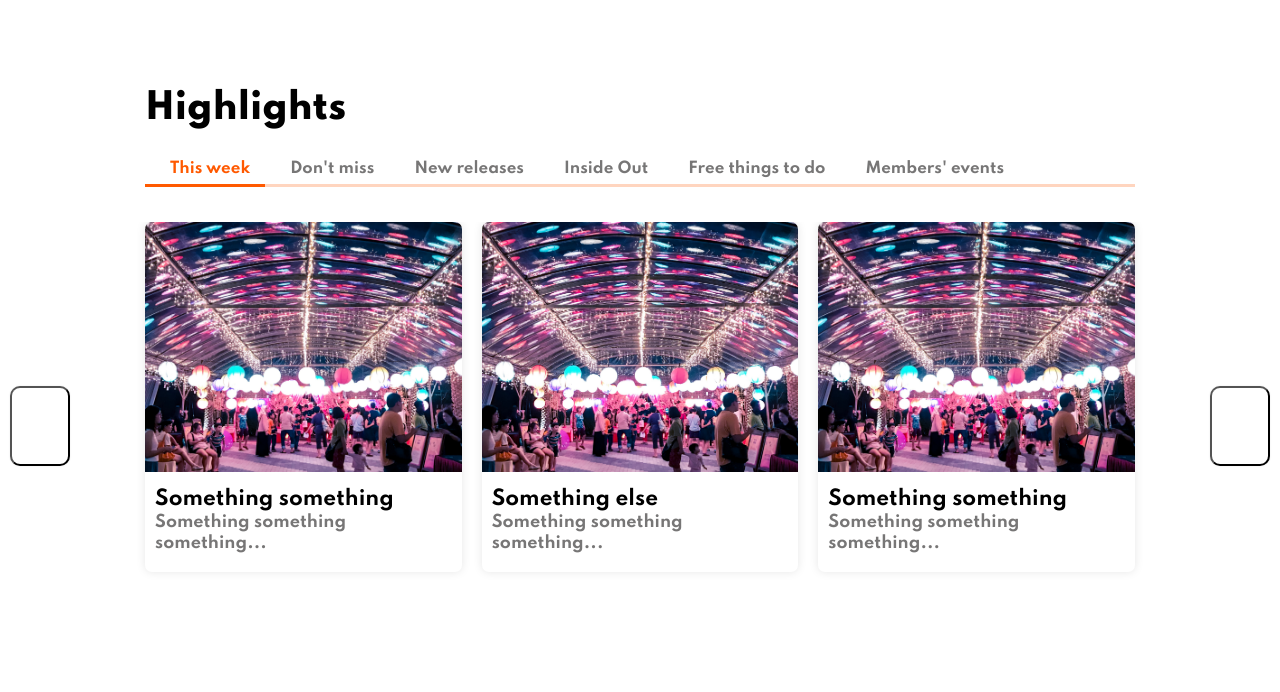
Repository: vvogt/fameworks_vv
Page: /
An editor plug-in stored every save of this project. The page is shown before and after the next save, followed by the edit.
The browser window is 1280 px wide. The pictures show the part of the page from y = 607 to 1299 px (the page is 2172 px tall).
Pictures or frames that could not be fetched are drawn as grey boxes. Backgrounds fixed to the window are drawn as part of the page. The project was rebuilt for these pictures with package versions that can differ from the ones it lists, and the page was loaded fresh each time. Also part of the build but not shown: src/components/NotFound.js. Imported but missing from the stored project, and not drawn on this page: src/assets/videos/seald_fullhd.mp4.

Above is the page before, as saved 2020-04-27 17:01:55.

After the next save:
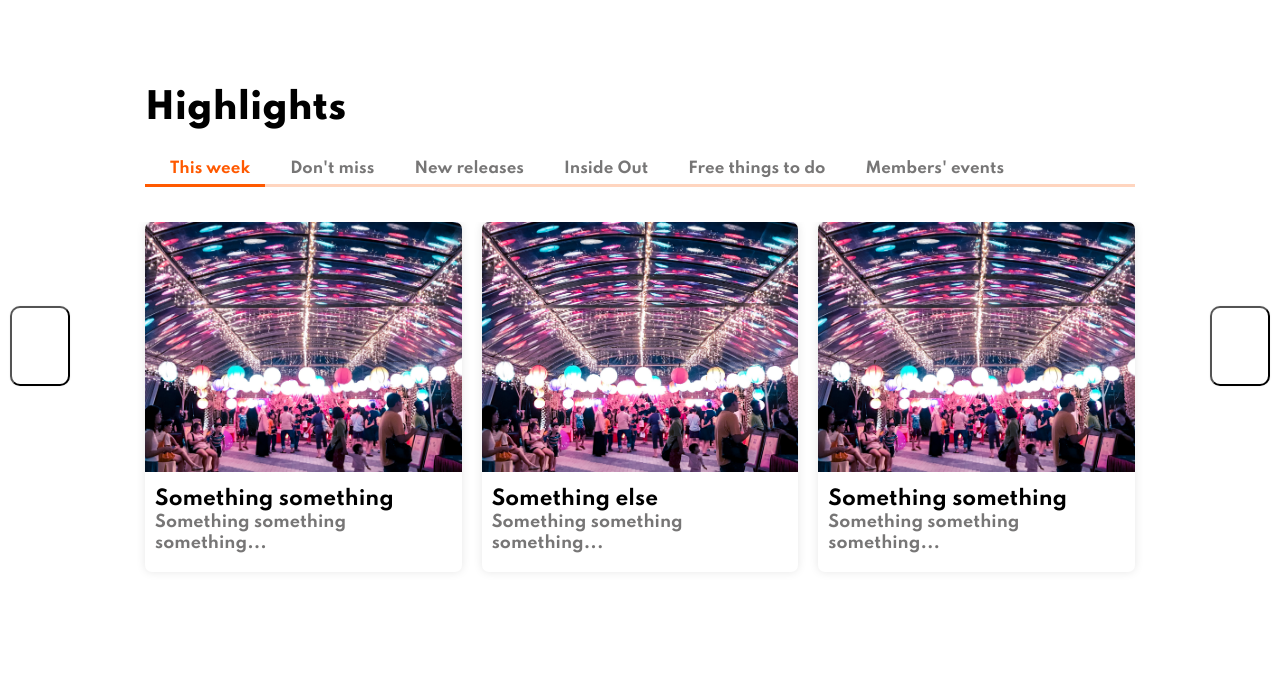
Saved 9 s later.
--- a/src/scss/_components.section.scss
+++ b/src/scss/_components.section.scss
@@ -17,7 +17,7 @@
       box-shadow: 0 0 2px 0 rgba(0,0,0,0.1);
       position: absolute;
       top: 50%;
-      transform: translate(0%, 50%);
+      transform: translate(0%, -50%);
    }
 
    .arrow.left {
